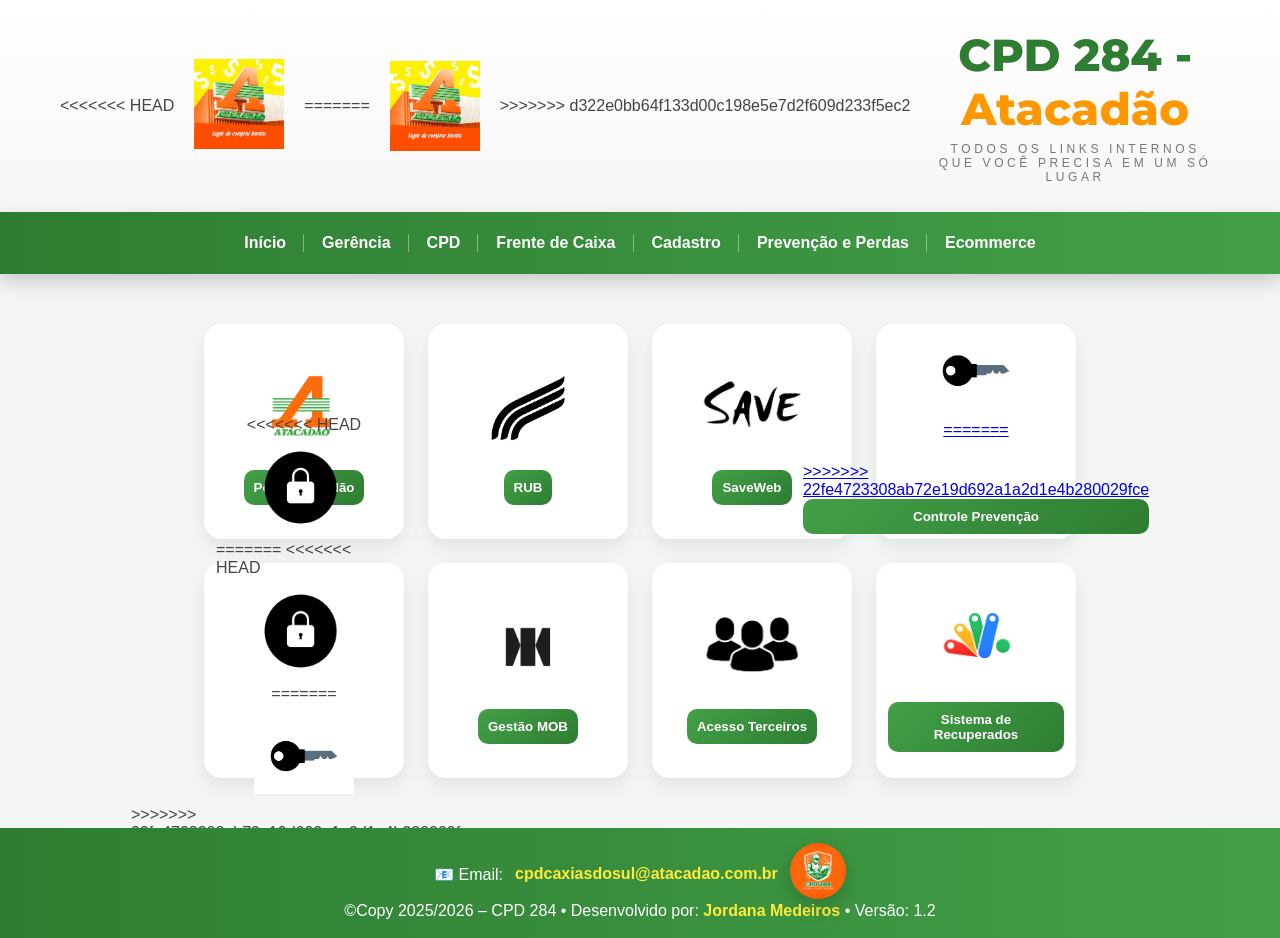
Repository: Iamjordana/projetositecpd284
Page: prevencao.html
These files come from the project's save history. The page is drawn as it stood at one moment and after a run of saves; the edit follows.
The browser window is 1280 px wide. The pictures show the whole page.

Above is the page before, as saved 2026-01-19 15:10:15.
Console error: TypeError: Cannot read properties of null (reading 'addEventListener')

### prevencao.html
<!DOCTYPE html>
<html lang="pt-br">
<head>
    <meta charset="UTF-8">
    <meta name="viewport" content="width=device-width, initial-scale=1.0">
    <link rel="stylesheet" href="css/style.css">
    <link rel="shortcut icon" href="imagens/favicon.ico.png" type="image/x-icon">
    <link rel="stylesheet" href="css/style.css">
    <title>Prevenção e Perdas</title>
</head>
<body>
<header class="header">
  <div class="header-conteudo">

    <!-- LOGO -->
<<<<<<< HEAD
    <a href="https://www.atacadao.com.br/?gad_source=1&gad_campaignid=20420614023&gbraid=0AAAAABtpTlcGW6y3akw7RKT1Yb7pAKuKd&gclid=CjwKCAiAmp3LBhAkEiwAJM2JUHXSWfP5_Djaq_11NZu4hlSceQ_92qgWRLRudqQOzaB98C2fKkaZ1BoCU14QAvD_BwE" ><img src="imagens/logoataca.jpg" alt="Atacadão" class="header-logo"></a>
=======
    <img src="imagens/logoataca.jpg" alt="Atacadão" class="header-logo">
>>>>>>> d322e0bb64f133d00c198e5e7d2f609d233f5ec2

    <!-- TEXTO CENTRAL -->
    <div class="header-texto">
      <h1 class="titulo-principal">
        <span class="titulo-verde">CPD 284 - </span>
        <span class="titulo-laranja">Atacadão</span>
      </h1>
      <p>Todos os links internos que você precisa em um só lugar</p>
    </div>
  </div>
</header>

<nav class="navbar">
    <button class="menu-toggle" aria-label="Abrir menu">☰</button>
    <div class="menu">
        <a href="index.html">Início</a>
        <a href="gerencia.html">Gerência</a>
        <a href="cpd.html">CPD</a>
        <a href="frentecaixa.html">Frente de Caixa</a>
        <a href="cadastro.html">Cadastro</a>
        <a href="prevencao.html">Prevenção e Perdas</a>
        <a href="ecommerce.html">Ecommerce</a>
    </div>
</nav>
<main>
  <div class="container">

    <div class="card">
      <img src="imagens/atacadao.png" alt="ATACADAO" class="card-img1">
      <a href="https://srvportal-prod.br-atacadao.corp/portal/" target="_blank">
        <button class="btn_atalho">Portal Atacadão</button>
      </a>
    </div>

    <div class="card">
      <img src="imagens/RUB2.png" alt="RUB" class="card-img2">
      <a href="https://srvuca284/vue/" target="_blank">
        <button class="btn_atalho">RUB</button>
      </a>
    </div>

    <div class="card">
      <img src="imagens/SAVE2.png" alt="SAVEWEB" class="card-img3">
      <a href="https://srvapp284.br-atacadao.corp/" target="_blank">
        <button class="btn_atalho">SaveWeb</button>
      </a>
    </div>

    <div class="card">
      <img src="imagens/chaves.jpg" alt="prevchaves" class="card-img5">

      <a href="https://srvsave284/prevperdas/#/chaves" target="_blank">
=======


      <a href="https://srvsave284/prevperdas/#/chaves" target="_blank">
      <a href="https://srvsave284/prevperdas/#/chaves" target="_blank">
>>>>>>> 22fe4723308ab72e19d692a1a2d1e4b280029fce
        <button class="btn_atalho">Controle Prevenção</button>
      </a>
    </div>

    <div class="card">
<<<<<<< HEAD
      <img src="imagens/confinados.png" alt="prevconfinados" class="card-img5">
=======
<<<<<<< HEAD
      <img src="imagens/confinados.png" alt="prevconfinados" class="card-img5">
=======
      <img src="imagens/chaves.jpg" alt="prevconfinados" class="card-img5">
>>>>>>> 22fe4723308ab72e19d692a1a2d1e4b280029fce
>>>>>>> d322e0bb64f133d00c198e5e7d2f609d233f5ec2
      <a href="https://srvsave284/confinados/index.php?page=login" target="_blank">
        <button class="btn_atalho">Confinados</button>
      </a>
    </div>

        <div class="card">
      <img src="imagens/MOB.png" alt="MOB" class="card-img6">
      <a href="https://portaria-v2.mob2con.com.br/#/login" target="_blank">
        <button class="btn_atalho">Gestão MOB</button>
      </a>
    </div>

    <div class="card">
      <img src="imagens/terceiros.png" alt="terceiros" class="card-img7">
      <a href="https://srvterceiros.br-atacadao.corp/#/login?returnUrl=%2Fpages%2Fcadastros-terceiros%2Fcheckin" target="_blank">
        <button class="btn_atalho">Acesso Terceiros</button>
      </a>
    </div>
    <div class="card">
          <img src="imagens/notas.png" alt="Notas" class="card-img11">
          <a href="https://script.google.com/a/macros/atacadao.com.br/s/AKfycbz6ZsXBkxT3BBfOOZAp2sosEHTj9LXIoCcSy_zWMgLFhzGQ8LWoiA4LUxVARIbWHF-l/exec" target="_blank"><button class="btn_atalho">Sistema de Recuperados</button></a>
      </div>
  </div>
</main>

<footer class="footer">
  <p class="linha-email">
    📧 Email:
    <a href="mailto:cpdcaxiasdosul@atacadao.com.br">
      cpdcaxiasdosul@atacadao.com.br
    </a>

    <span class="logo-animada">
      <img src="imagens/logocpd284.png" alt="Logo CPD 284">
    </span>
  </p>

  <p>
    ©Copy 2025/2026 – CPD 284 • Desenvolvido por:
    <a href="https://github.com/Iamjordana" target="_blank">Jordana Medeiros</a>
    • Versão: 1.2
  </p>
</footer>
</body>
<script>
const toggle = document.getElementById('menuToggle');
const menu = document.getElementById('menu');

toggle.addEventListener('click', () => {
  menu.classList.toggle('active');
});
</script>

</html>

### css/style.css
@charset "UTF-8";
@import url('https://fonts.googleapis.com/css2?family=Montserrat:wght@600;800&display=swap');

/* =====================================================
   1. VARIÁVEIS
===================================================== */
:root {
  --branco: #ffffff;
  --cinza-bg: #f4f6f5;

  --verde-claro: #43a047;
  --verde-escuro: #2e7d32;

  --laranja: #ff9800;
  --laranja-escuro: #f57c00;

  --texto: #444;
  --texto-suave: #777;

  --sombra-suave: 0 4px 12px rgba(0,0,0,0.12);
  --sombra-media: 0 8px 20px rgba(0,0,0,0.18);
  --sombra-forte: 0 14px 30px rgba(0,0,0,0.25);
}

/* =====================================================
   2. RESET E BASE
===================================================== */
* {
  margin: 0;
  padding: 0;
  box-sizing: border-box;
}

html, body {
  height: 100%;
}

body {
  background: var(--cinza-bg);
  font-family: Arial, Helvetica, sans-serif;
  color: var(--texto);
  display: flex;
  flex-direction: column;
}

/* =====================================================
   3. HEADER
===================================================== */
.header {
  background: linear-gradient(180deg, #ffffff 0%, #f6f6f6 100%);
  box-shadow: var(--sombra-suave);
}

.header-conteudo {
  max-width: 1200px;
  margin: auto;
  padding: 28px 20px;
  display: flex;
  align-items: center;
  gap: 20px;
}

.header-logo {
  width: 90px;
}

.header-texto {
  flex: 1;
  text-align: center;
}

.titulo-principal {
  font-family: 'Montserrat', sans-serif;
  font-size: 2.8rem;
  font-weight: 800;
}

.titulo-verde { color: var(--verde-escuro); }
.titulo-laranja { color: var(--laranja); }

.header-texto p {
  margin-top: 6px;
  font-size: 0.75rem;
  letter-spacing: 0.3em;
  text-transform: uppercase;
  color: var(--texto-suave);
}

/* =====================================================
   4. NAVBAR
===================================================== */
.navbar {
  background: linear-gradient(90deg, var(--verde-escuro), var(--verde-claro));
  box-shadow: var(--sombra-media);
  display: flex;
  flex-direction: column;
}

/* botão hamburguer */
.menu-toggle {
  display: none;
  background: none;
  border: none;
  color: white;
  font-size: 26px;
  cursor: pointer;
  padding: 14px 20px;
  text-align: left;
}

/* menu */
.menu {
  max-width: 1200px;
  margin: auto;
  padding: 12px 20px;
  display: flex;
  justify-content: center;
}

.menu a {
  color: white;
  text-decoration: none;
  font-weight: 600;
  padding: 10px 18px;
  position: relative;
}

.menu a:not(:last-child)::after {
  content: "";
  position: absolute;
  right: 0;
  top: 50%;
  transform: translateY(-50%);
  height: 18px;
  width: 1px;
  background: rgba(255,255,255,0.4);
}

.menu a:hover {
  background: white;
  color: var(--verde-escuro);
  border-radius: 8px;
}

/* =====================================================
   5. MAIN / CARDS
===================================================== */
main {
  flex: 1;
  max-width: 1200px;
  margin: 50px auto;
}

.container {
  display: grid;
  grid-template-columns: repeat(2, 1fr); /* 🔥 SEMPRE 2 */
  gap: 24px;
  max-width: 1200px;
  margin: auto;
  padding: 0 20px;
}
.card {
  width: 200px;
  height: 215px;
  background: #fff;
  border-radius: 18px;
  padding: 12px;
  display: flex;
  flex-direction: column;
  align-items: center;
  justify-content: center; /* CENTRALIZA CONTEÚDO */
  gap: 12px;
  box-shadow: 0 8px 20px rgba(0,0,0,0.08);
}
.card img {
  width: 100px;     /* AUMENTA a imagem */
  height: 100px;
  object-fit: contain;
  display: block;
  margin: 0 auto;   /* CENTRALIZA */
}


.btn_atalho {
  margin-top: auto;
  width: 100%;
  text-align: center;
  background: linear-gradient(135deg, var(--verde-claro), var(--verde-escuro));
  color: white;
  border: none;
  border-radius: 10px;
  padding: 10px;
  font-weight: 600;
  cursor: pointer;
  transition: 0.2s;
}

.btn_atalho:hover {
  background: linear-gradient(135deg, var(--laranja), var(--laranja-escuro));
  transform: translateY(-2px);
}

/* =====================================================
   6. FOOTER
===================================================== */
.footer {
  background: linear-gradient(90deg, var(--verde-escuro), var(--verde-claro));
  color: white;
  text-align: center;
  padding: 18px 12px;
}

.footer a {
  color: #ffeb3b;
  font-weight: bold;
  text-decoration: none;
}

.footer a:hover {
  text-decoration: underline;
}

.linha-email {
  display: inline-flex;
  align-items: center;
  gap: 12px;
}

.logo-animada {
  width: 56px;
  height: 56px;
  border-radius: 50%;
  overflow: hidden;
  box-shadow: var(--sombra-media);
  animation: respirar 4s infinite ease-in-out;
}

.logo-animada img {
  width: 100%;
  height: 100%;
  object-fit: cover;
}

@keyframes respirar {
  0%, 100% { transform: translateY(0); }
  50% { transform: translateY(-6px); }
}

/* =====================================================
   7. MOBILE
===================================================== */
@media (max-width: 768px) {

  .menu-toggle {
    display: block;
  }

  .menu {
    display: none;
    flex-direction: column;
    padding: 0;
  }

  .menu.active {
    display: flex;
  }

  .menu a {
    padding: 16px;
    text-align: center;
    border-top: 1px solid rgba(255,255,255,0.3);
  }

  .menu a::after {
    display: none;
  }
}

@media (min-width: 900px) {
  .container {
    grid-template-columns: repeat(3, 1fr);
  }
}

@media (min-width: 1200px) {
  .container {
    grid-template-columns: repeat(4, 1fr);
  }
}

After the next 3 saves:
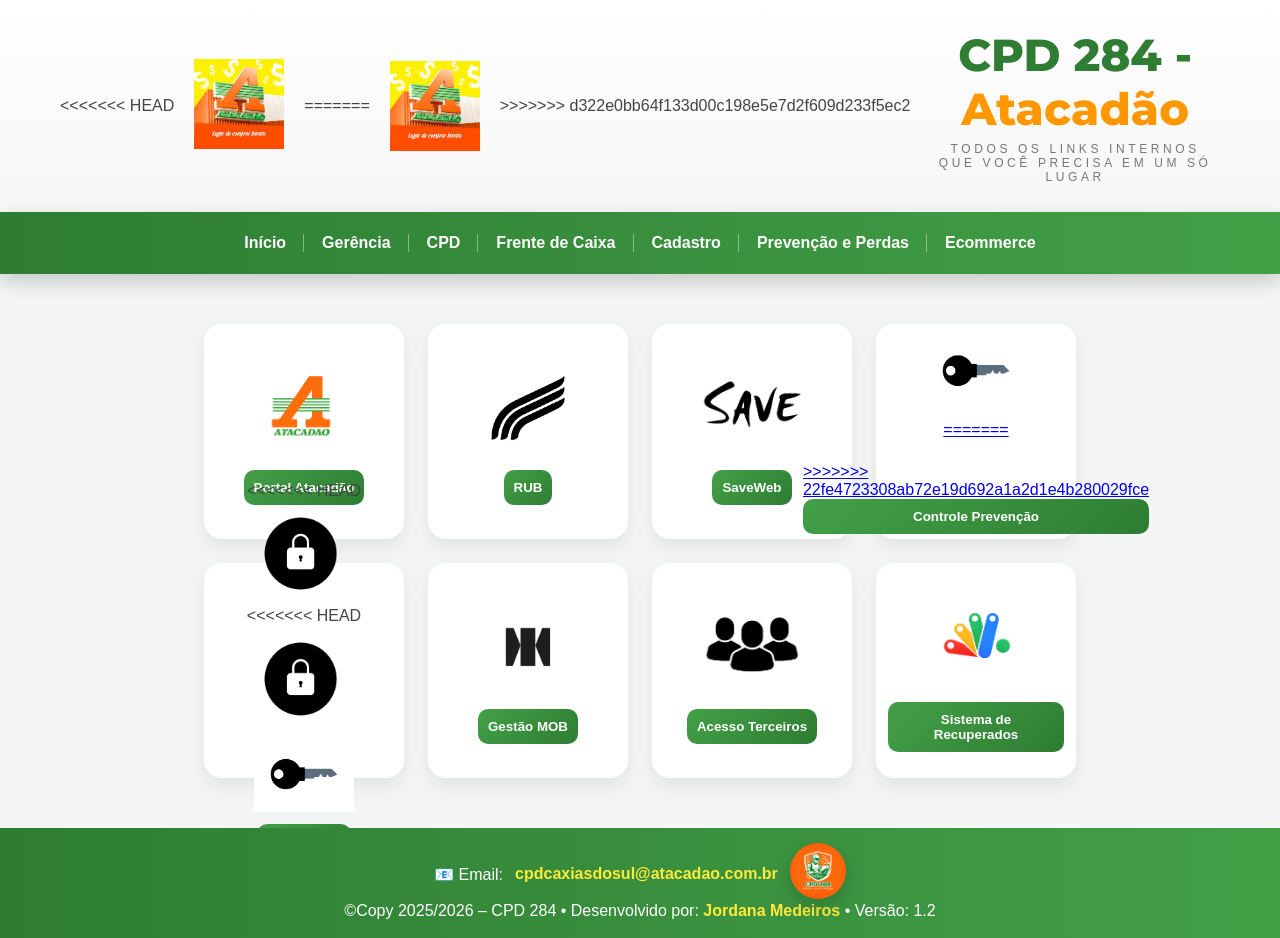
The 3 saves are shown as one change because they came seconds apart.
The last was saved 10 s later.
--- a/prevencao.html
+++ b/prevencao.html
@@ -83,13 +83,9 @@
     <div class="card">
 <<<<<<< HEAD
       <img src="imagens/confinados.png" alt="prevconfinados" class="card-img5">
-=======
 <<<<<<< HEAD
       <img src="imagens/confinados.png" alt="prevconfinados" class="card-img5">
-=======
       <img src="imagens/chaves.jpg" alt="prevconfinados" class="card-img5">
->>>>>>> 22fe4723308ab72e19d692a1a2d1e4b280029fce
->>>>>>> d322e0bb64f133d00c198e5e7d2f609d233f5ec2
       <a href="https://srvsave284/confinados/index.php?page=login" target="_blank">
         <button class="btn_atalho">Confinados</button>
       </a>
